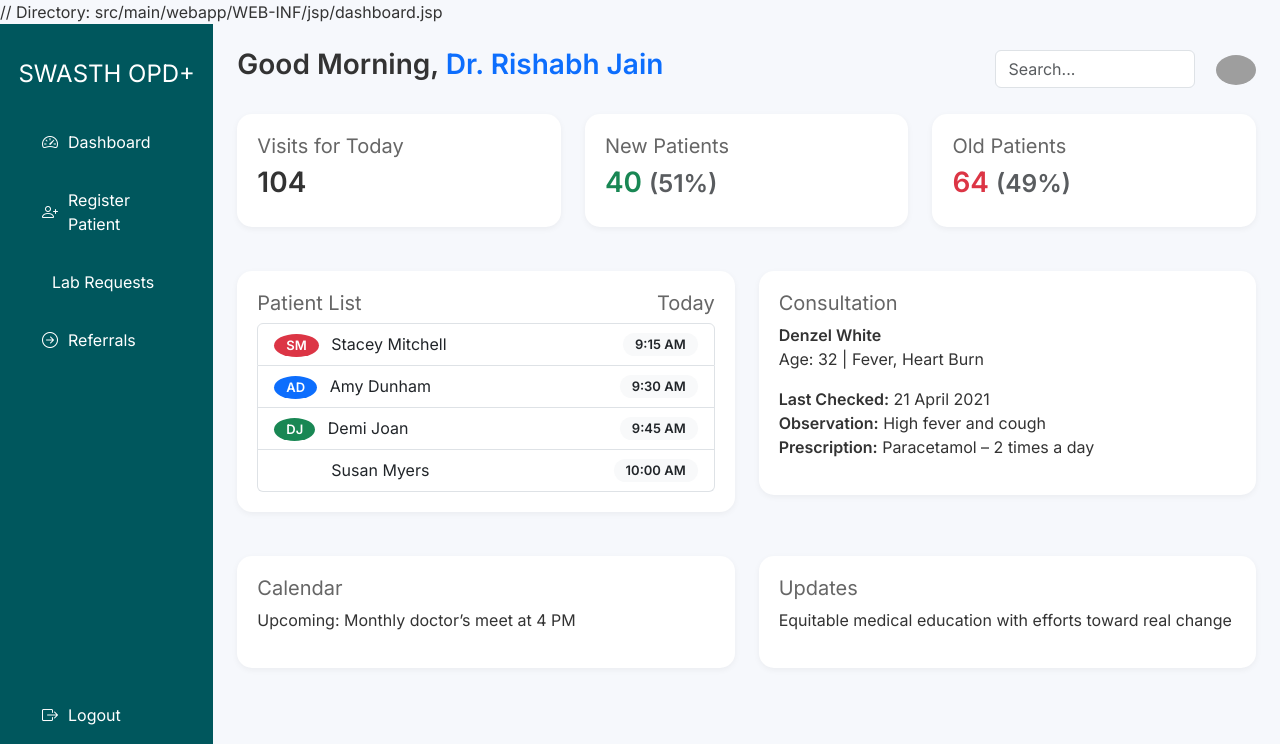
Repository: rishabhacejain/swasth-opd-plus
Page: http://localhost/swasth-opd/WEB-INF/jsps/dashboard.jsp
These files come from the project's save history. The page is drawn as it stood at one moment and after the next save; the edit follows.
The browser window is 1280 px wide. The pictures show the whole page.
Pictures or frames that could not be fetched are drawn as grey boxes. The page is served by Tomcat 10. Nobody is signed in. Other server files are loaded and not shown. The template is opened directly, without the code that normally fills it, so the values that code supplies are empty.

Above is the page before, as saved 2025-06-23 20:08:56.

### swasth-opd/src/main/webapp/WEB-INF/jsps/dashboard.jsp
// Directory: src/main/webapp/WEB-INF/jsp/dashboard.jsp
<%@ page contentType="text/html;charset=UTF-8" language="java" %>
<!DOCTYPE html>
<html>
<head>
    <title>SWASTH OPD+ Dashboard</title>
    <link href="https://cdn.jsdelivr.net/npm/bootstrap@5.3.0/dist/css/bootstrap.min.css" rel="stylesheet">
    <link href="https://cdn.jsdelivr.net/npm/bootstrap-icons@1.10.5/font/bootstrap-icons.css" rel="stylesheet">
    <link rel="stylesheet" href="/css/dashboard.css">
</head>
<body>
<div class="container-fluid">
    <div class="row">
        <!-- Sidebar -->
        <div class="col-md-2 sidebar d-flex flex-column">
            <h4 class="text-center mt-3 mb-4">SWASTH OPD+</h4>
            <a href="/dashboard"><i class="bi bi-speedometer2"></i> Dashboard</a>
            <a href="/register-patient"><i class="bi bi-person-plus"></i> Register Patient</a>
            <a href="/lab-request"><i class="bi bi-flask"></i> Lab Requests</a>
            <a href="/refer-patient"><i class="bi bi-arrow-right-circle"></i> Referrals</a>
            <a href="/logout" class="mt-auto"><i class="bi bi-box-arrow-right"></i> Logout</a>
        </div>

        <!-- Main Content -->
        <div class="col-md-10 p-4">
            <div class="topbar d-flex justify-content-between align-items-center mb-4">
                <h3>Good Morning, <span class="text-primary">Dr. Rishabh Jain</span></h3>
                <div>
                    <input type="text" placeholder="Search..." class="form-control d-inline-block" style="width: 200px;">
                    <img src="/images/doctor-avatar.png" alt="avatar" class="rounded-circle ms-3" width="40">
                </div>
            </div>

            <!-- Stats Cards -->
            <div class="row mb-4">
                <div class="col-md-4">
                    <div class="card-box">
                        <h5>Visits for Today</h5>
                        <h3>104</h3>
                    </div>
                </div>
                <div class="col-md-4">
                    <div class="card-box">
                        <h5>New Patients</h5>
                        <h3 class="text-success">40 <small class="text-muted">(51%)</small></h3>
                    </div>
                </div>
                <div class="col-md-4">
                    <div class="card-box">
                        <h5>Old Patients</h5>
                        <h3 class="text-danger">64 <small class="text-muted">(49%)</small></h3>
                    </div>
                </div>
            </div>

            <!-- Patient List & Consultation -->
            <div class="row mb-4">
                <div class="col-md-6">
                    <div class="card-box">
                        <h5>Patient List <span class="float-end">Today</span></h5>
                        <ul class="list-group">
                            <li class="list-group-item d-flex justify-content-between align-items-center">
                                <span><span class="badge bg-danger rounded-circle me-2">SM</span> Stacey Mitchell</span>
                                <span class="badge bg-light text-dark">9:15 AM</span>
                            </li>
                            <li class="list-group-item d-flex justify-content-between align-items-center">
                                <span><span class="badge bg-primary rounded-circle me-2">AD</span> Amy Dunham</span>
                                <span class="badge bg-light text-dark">9:30 AM</span>
                            </li>
                            <li class="list-group-item d-flex justify-content-between align-items-center">
                                <span><span class="badge bg-success rounded-circle me-2">DJ</span> Demi Joan</span>
                                <span class="badge bg-light text-dark">9:45 AM</span>
                            </li>
                            <li class="list-group-item d-flex justify-content-between align-items-center">
                                <span><span class="badge bg-pink rounded-circle me-2">SM</span> Susan Myers</span>
                                <span class="badge bg-light text-dark">10:00 AM</span>
                            </li>
                        </ul>
                    </div>
                </div>
                <div class="col-md-6">
                    <div class="card-box">
                        <h5>Consultation</h5>
                        <p><strong>Denzel White</strong><br>Age: 32 | Fever, Heart Burn</p>
                        <p><strong>Last Checked:</strong> 21 April 2021<br>
                            <strong>Observation:</strong> High fever and cough<br>
                            <strong>Prescription:</strong> Paracetamol – 2 times a day</p>
                    </div>
                </div>
            </div>

            <!-- Right Cards -->
            <div class="row">
                <div class="col-md-6">
                    <div class="card-box">
                        <h5>Calendar</h5>
                        <p>Upcoming: Monthly doctor’s meet at 4 PM</p>
                    </div>
                </div>
                <div class="col-md-6">
                    <div class="card-box">
                        <h5>Updates</h5>
                        <p>Equitable medical education with efforts toward real change</p>
                    </div>
                </div>
            </div>

        </div>
    </div>
</div>
</body>
</html>

### swasth-opd/src/main/resources/static/css/dashboard.css
@import url('https://fonts.googleapis.com/css2?family=Inter:wght@400;600&display=swap');

body {
    font-family: 'Inter', sans-serif;
    background-color: #f6f8fc;
    color: #333;
    margin: 0;
}

/* Sidebar */
.sidebar {
    height: 100vh;
    background-color: #00575d;
    color: white;
    padding-top: 20px;
}

.sidebar a {
    display: flex;
    align-items: center;
    gap: 10px;
    color: white;
    padding: 12px 20px;
    text-decoration: none;
    font-size: 16px;
    border-radius: 5px;
    margin: 5px 10px;
}

.sidebar a:hover {
    background-color: #017c88;
}

/* Topbar */
.topbar {
    display: flex;
    justify-content: space-between;
    align-items: center;
    margin-bottom: 20px;
}

.topbar h3 {
    font-weight: 600;
}

/* Cards */
.card-box {
    background-color: white;
    border-radius: 15px;
    box-shadow: 0 2px 6px rgba(0, 0, 0, 0.05);
    padding: 20px;
    margin-bottom: 20px;
    transition: 0.3s ease;
}

.card-box h5 {
    font-weight: 500;
    color: #666;
}

.card-box h3 {
    font-weight: 700;
}

/* Patient Table */
.table thead {
    background-color: #f1f3f5;
    font-weight: 600;
}

.badge {
    border-radius: 12px;
    padding: 5px 12px;
    font-size: 13px;
}

/* Right Section Cards */
.card-header {
    font-weight: 600;
}

.calendar-card, .news-card {
    height: 100%;
}

/* Profile Info */
.profile-info {
    text-align: right;
    font-size: 0.9rem;
    color: #555;
}

After the next save:
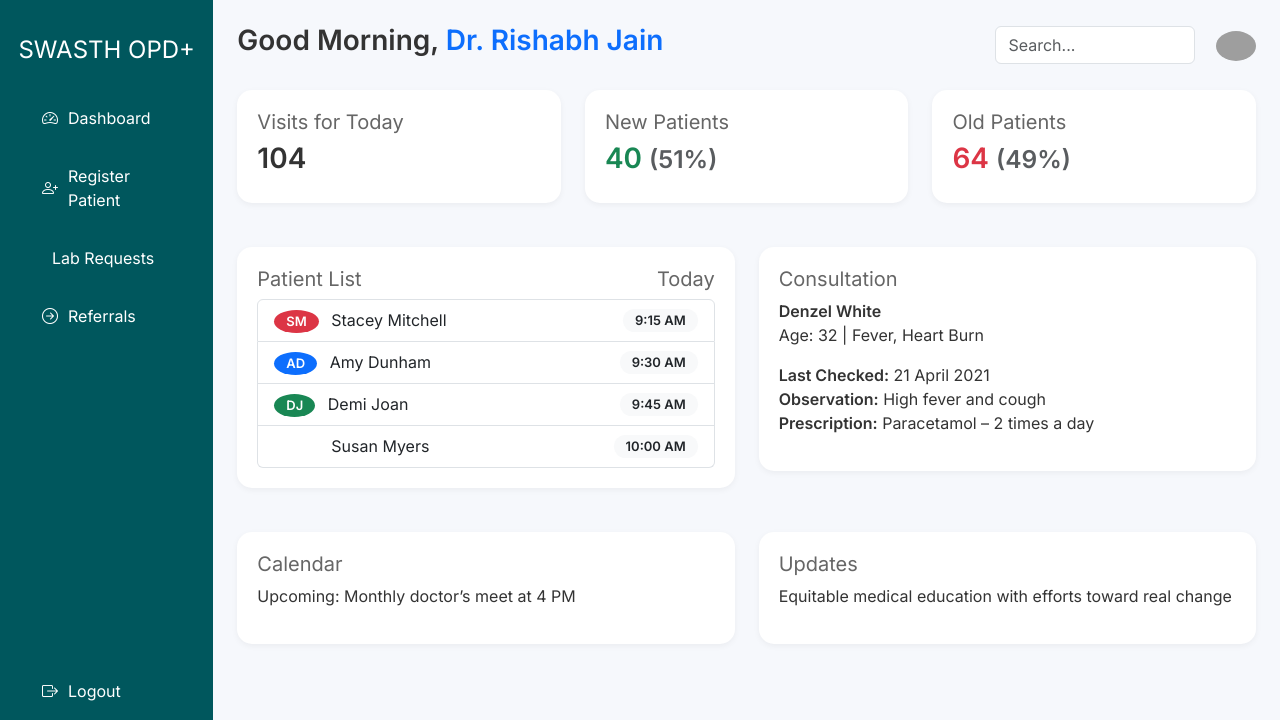
Saved 29 s later.
--- a/swasth-opd/src/main/webapp/WEB-INF/jsps/dashboard.jsp
+++ b/swasth-opd/src/main/webapp/WEB-INF/jsps/dashboard.jsp
@@ -1,4 +1,3 @@
-// Directory: src/main/webapp/WEB-INF/jsp/dashboard.jsp
 <%@ page contentType="text/html;charset=UTF-8" language="java" %>
 <!DOCTYPE html>
 <html>
